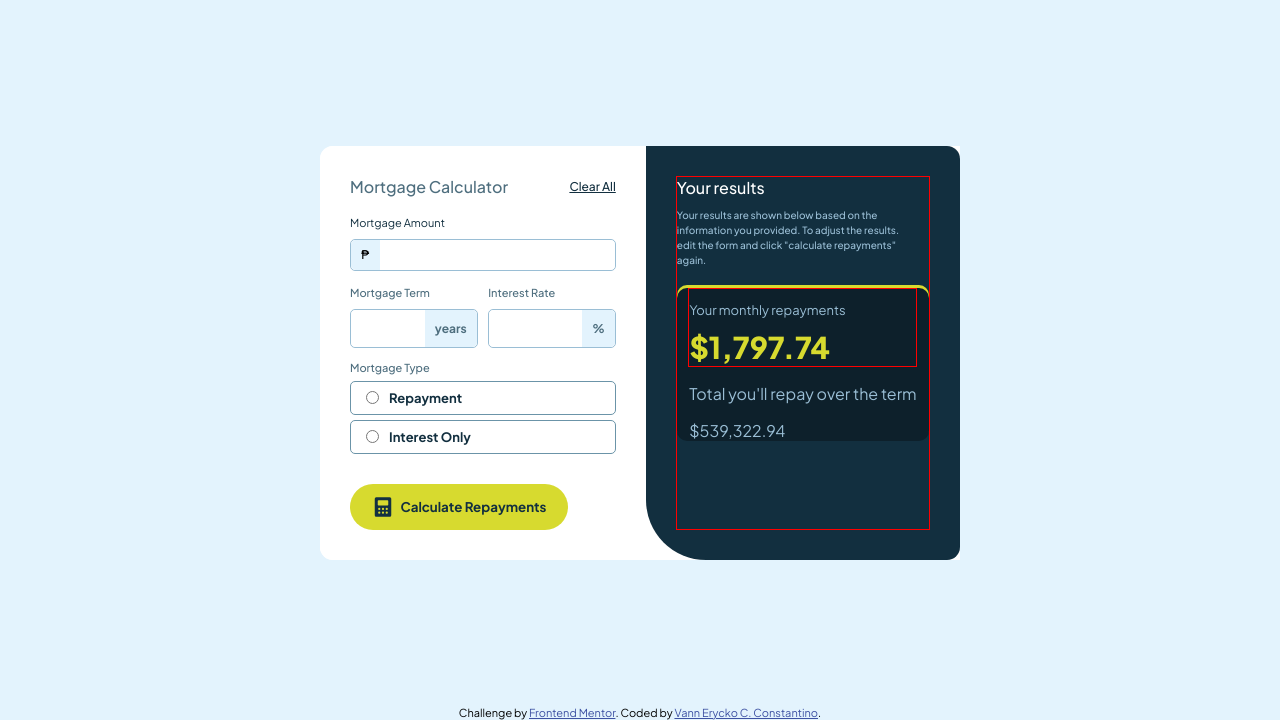
Repository: kocokoy/mortgage-repayment-calculator
Page: index.html
An editor plug-in stored every save of this project. The page is shown before and after the next save, followed by the edit.
The browser window is 1280 px wide. The pictures show the whole page.

Above is the page before, as saved 2024-10-30 14:48:11.

After the next save:
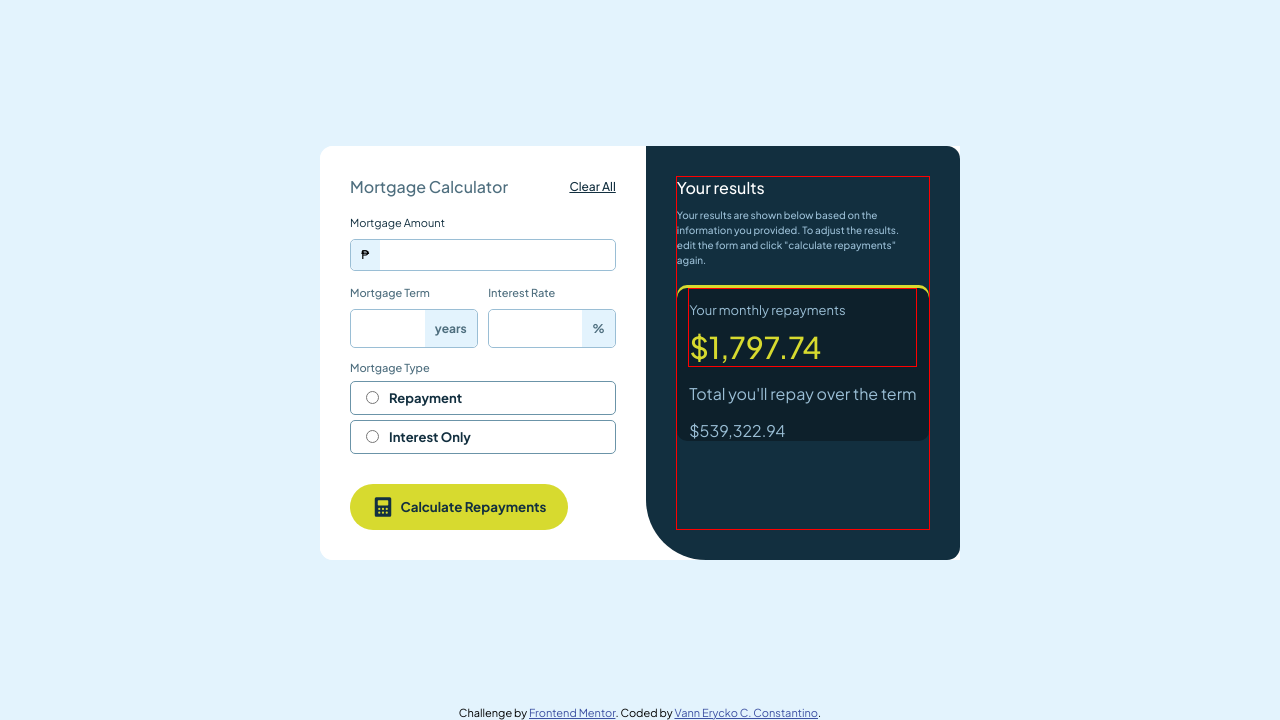
Saved 5 s later.
--- a/styles/style.css
+++ b/styles/style.css
@@ -376,5 +376,5 @@ input[type="radio"]{
 .result-populate-repayment-monthly div{
   font-size: 30px;
   color: var(--lime);
-  font-weight: 900;
-}
+  font-weight: 500;
+}
